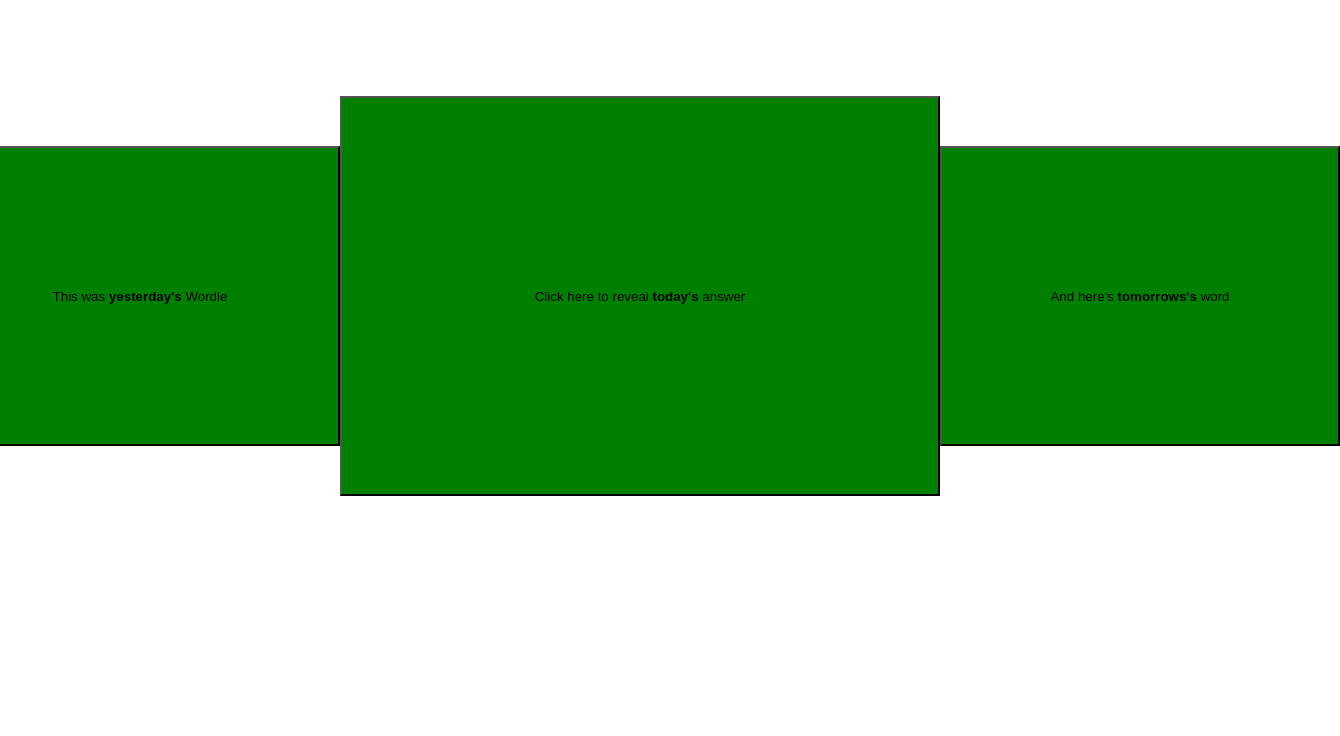
Repository: enoripl/tomorrows-wordle
Page: index.html
An editor plug-in stored every save of this project. The page is shown before and after the next save, followed by the edit.
The browser window is 1280 px wide. The page is 1340 px wide, so the pictures cover 1340 px, including what lies to the right of the window. The pictures show the whole page.

Above is the page before, as saved 2022-02-09 16:43:27.

### index.html
<!DOCTYPE html>
<html lang="en">
  <head>
    <meta charset="UTF-8" />
    <meta http-equiv="X-UA-Compatible" content="IE=edge" />
    <meta name="viewport" content="width=device-width, initial-scale=1.0" />
    <link rel="stylesheet" href="styles.css" />
    <script type='text/javascript' src="script.js" defer></script>
    <title>Today's (and tommorow's Worlde)</title>
  </head>
  <body><main class="main-content">

          <div class="buttons-section">
            <div class="buttons-group">
                <button class="answer-btns" id="yesterdays-btn">This was <b>yesterday's</b> Wordle</button>
                <button class="answer-btns" id="todays-btn">Click here to reveal <b>today's</b> answer</button>
                <button class="answer-btns" id="tomorrows-btn">And here's <b>tomorrows's</b> word</button>
            </div>
          </div>
  </main>
  </body>
</html>

### styles.css
body {
    height: 100vh;
}

main {
    height: 80vh;
}
.main-content {
    display: flex;
    justify-content: center;
    align-items: center;
}
.buttons-group {
    display: flex;
    align-items: center;
}

.answer-btns {
    background-color: green;
    height: 300px;
    width: 400px;
}

#todays-btn {
    height: 400px;
    width: 600px;
}

Loaded but not shown: script.js (2352 lines, source omitted)

After the next save:
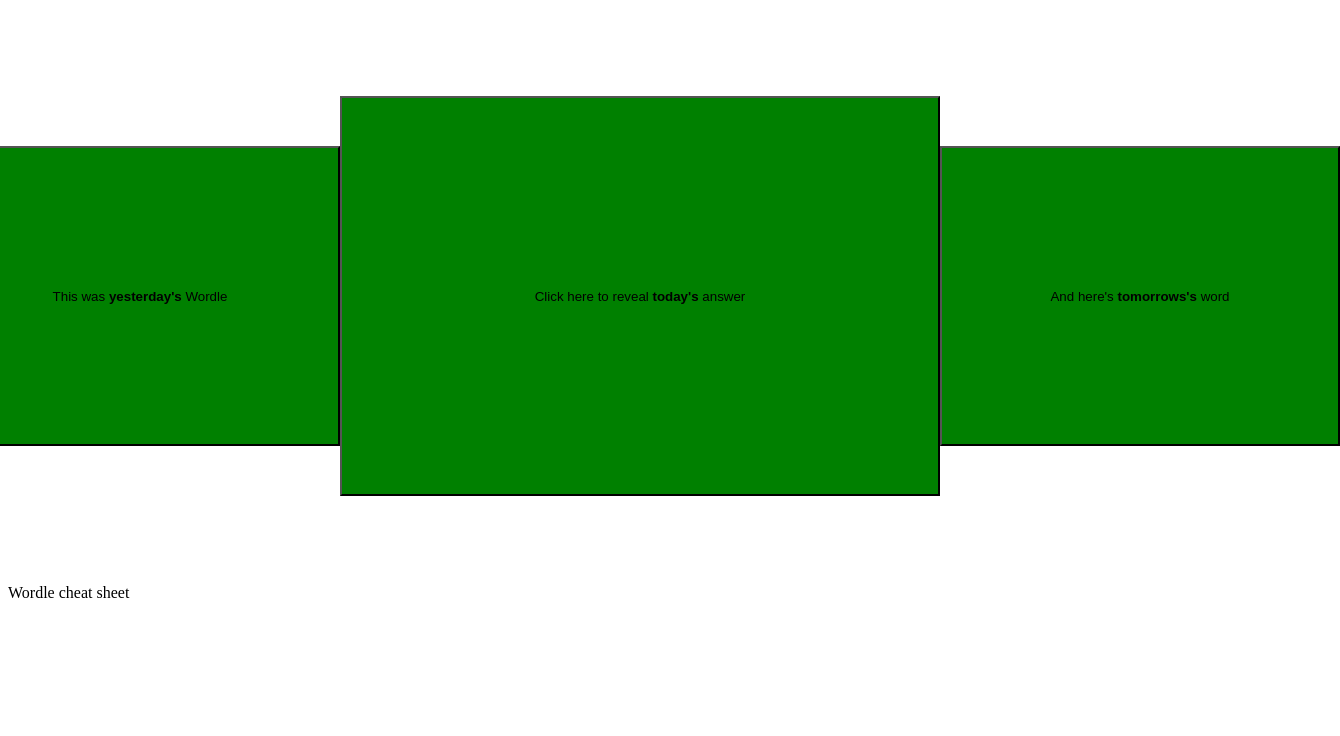
Saved 74 s later.
--- a/index.html
+++ b/index.html
@@ -5,18 +5,25 @@
     <meta http-equiv="X-UA-Compatible" content="IE=edge" />
     <meta name="viewport" content="width=device-width, initial-scale=1.0" />
     <link rel="stylesheet" href="styles.css" />
-    <script type='text/javascript' src="script.js" defer></script>
+    <script type="text/javascript" src="script.js" defer></script>
     <title>Today's (and tommorow's Worlde)</title>
   </head>
-  <body><main class="main-content">
-
-          <div class="buttons-section">
-            <div class="buttons-group">
-                <button class="answer-btns" id="yesterdays-btn">This was <b>yesterday's</b> Wordle</button>
-                <button class="answer-btns" id="todays-btn">Click here to reveal <b>today's</b> answer</button>
-                <button class="answer-btns" id="tomorrows-btn">And here's <b>tomorrows's</b> word</button>
-            </div>
-          </div>
-  </main>
+  <body>
+    <main class="main-content">
+      <div class="buttons-section">
+        <div class="buttons-group">
+          <button class="answer-btns" id="yesterdays-btn">
+            This was <b>yesterday's</b> Wordle
+          </button>
+          <button class="answer-btns" id="todays-btn">
+            Click here to reveal <b>today's</b> answer
+          </button>
+          <button class="answer-btns" id="tomorrows-btn">
+            And here's <b>tomorrows's</b> word
+          </button>
+        </div>
+      </div>
+    </main>
+    <header>Wordle cheat sheet</header>
   </body>
 </html>
